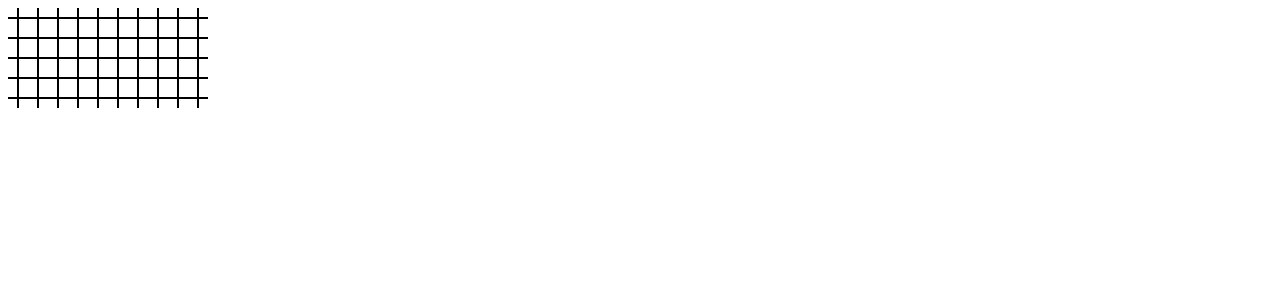
Repository: tungts3qb/BTCodeGym
Page: canvas.html
The author's editor kept a copy of each file at every save. The page is drawn from the files as they stood at one save, then again after the next save.
The browser window is 1280 px wide. The pictures show the whole page.

Above is the page before, as saved 2023-02-15 15:26:14.

### canvas.html
<!DOCTYPE html>
<html lang="en">
  <head>
    <meta charset="UTF-8" />
    <meta http-equiv="X-UA-Compatible" content="IE=edge" />
    <meta name="viewport" content="width=device-width, initial-scale=1.0" />
    <title>Document</title>
  </head>
  <body>
    <canvas id="myCanvas" width="200" height="100"></canvas>
    <script>
      canvas = document.getElementById("myCanvas");
      if (canvas.getContext) {
        var ctx = canvas.getContext("2d");
        for (i = 10; i < 200; i += 20) {
          ctx.moveTo(0, i);
          ctx.lineTo(canvas.width, i);
          ctx.stroke();
        }
        for (i = 10; i < 400; i += 20) {
          ctx.moveTo(i, 0);
          ctx.lineTo(i, canvas.width / 2);
          ctx.stroke();
        }
      }
    </script>
  </body>
</html>

After the next save:
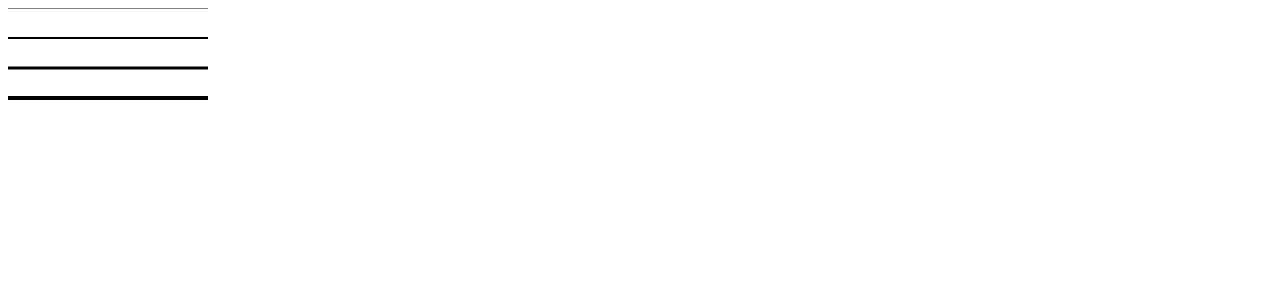
Saved 65 s later.
--- a/canvas.html
+++ b/canvas.html
@@ -10,17 +10,17 @@
     <canvas id="myCanvas" width="200" height="100"></canvas>
     <script>
       canvas = document.getElementById("myCanvas");
+      var count = 1;
       if (canvas.getContext) {
         var ctx = canvas.getContext("2d");
-        for (i = 10; i < 200; i += 20) {
+        var count = 1;
+        for (i = 0; i < 360; i += 30) {
+          ctx.beginPath();
+          ctx.lineWidth = count;
           ctx.moveTo(0, i);
           ctx.lineTo(canvas.width, i);
           ctx.stroke();
-        }
-        for (i = 10; i < 400; i += 20) {
-          ctx.moveTo(i, 0);
-          ctx.lineTo(i, canvas.width / 2);
-          ctx.stroke();
+          count++;
         }
       }
     </script>
